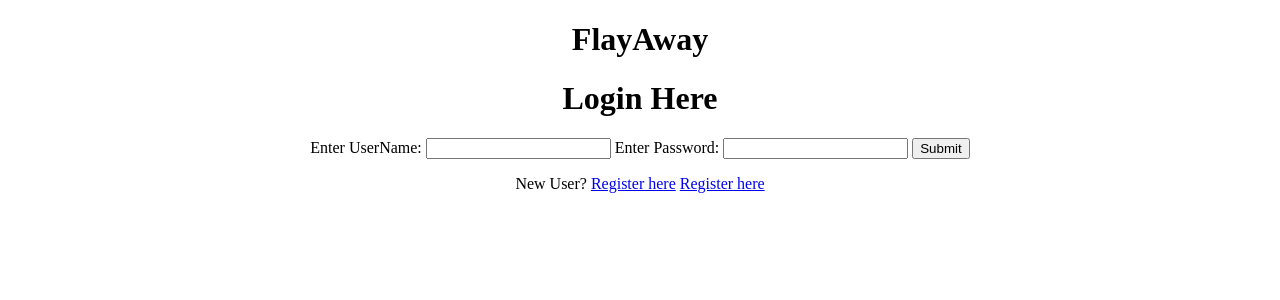
Repository: KartikMuchakandimath/Flyaway
Page: http://localhost/FlayAway/Login.jsp
The author's editor kept a copy of each file at every save. The page is drawn from the files as they stood at one save, then again after the next save.
The browser window is 1280 px wide. The pictures show the whole page.
The page is served by Tomcat 9. Other server files are loaded and not shown.

Above is the page before, as saved 2022-04-22 19:30:07.

### FlayAway/src/main/webapp/Login.jsp
<%@ page language="java" contentType="text/html; charset=ISO-8859-1"
    pageEncoding="ISO-8859-1"%>
<!DOCTYPE html>
<html>
<head>
<meta charset="ISO-8859-1">
<title>Insert title here</title>
</head>
<body>
<center>
<div class="head">
<h1>FlayAway</h1>
</div>

<div class ="Login-box">
<div>
<h1>Login Here</h1>

</div>
<form action="LoginServlet" method="post">
Enter UserName: <input type=" email"  name="email" required="required">
Enter Password: <input type=" password"  name="password" required="required">
<button type="submit">Submit</button>
<p>
			New User? <a href="Registration.jsp">Register here</a>
			<a href="FlightDetails.jsp">Register here</a>
		</p>

</form>

</div>
</center>

</body>
</html>

After the next save:
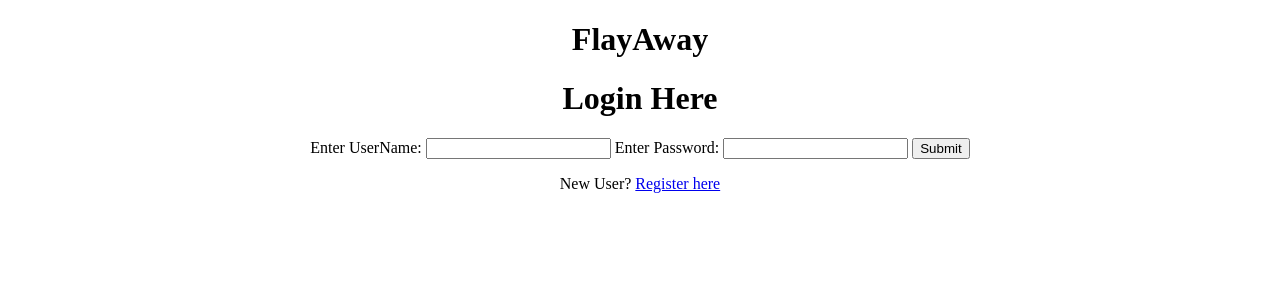
Saved 2 min 43 s later.
--- a/FlayAway/src/main/webapp/Login.jsp
+++ b/FlayAway/src/main/webapp/Login.jsp
@@ -11,7 +11,10 @@
 <div class="head">
 <h1>FlayAway</h1>
 </div>
-
+<%
+	String flightn = request.getParameter("flightno");
+        session.setAttribute("flightno", flightn);
+	%>
 <div class ="Login-box">
 <div>
 <h1>Login Here</h1>
@@ -22,9 +25,9 @@ Enter UserName: <input type=" email"  name="email" required="required">
 Enter Password: <input type=" password"  name="password" required="required">
 <button type="submit">Submit</button>
 <p>
-			New User? <a href="Registration.jsp">Register here</a>
-			<a href="FlightDetails.jsp">Register here</a>
-		</p>
+
+			New User? <a href="register.html?flightno=<% session.setAttribute("flightno",flightn);%>">Register here</a>
+			</p>
 
 </form>
 
